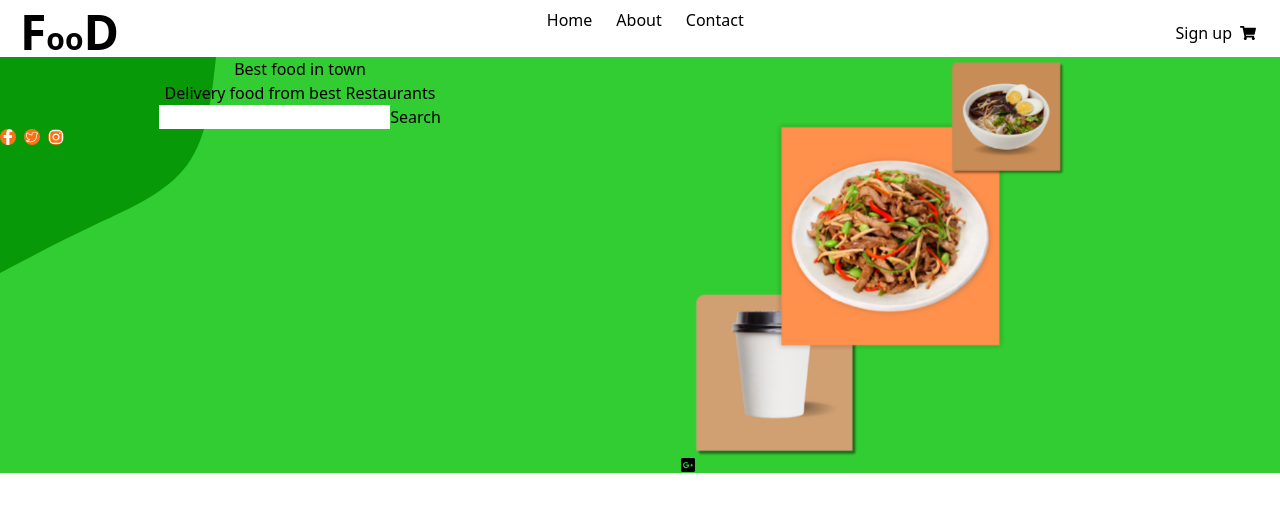
Repository: KhushiCode14/FoodWeb
Page: /
These files come from the project's save history. The page is drawn as it stood at one moment and after the next save; the edit follows.
The browser window is 1280 px wide. The pictures show the whole page.
The project was rebuilt for these pictures with package versions that can differ from the ones it lists, and the page was loaded fresh each time. Also part of the build but not shown: src/components/Home/SignUp.tsx, src/components/Home/SignIn.tsx.

Above is the page before, as saved 2024-09-19 19:53:05.

After the next save:
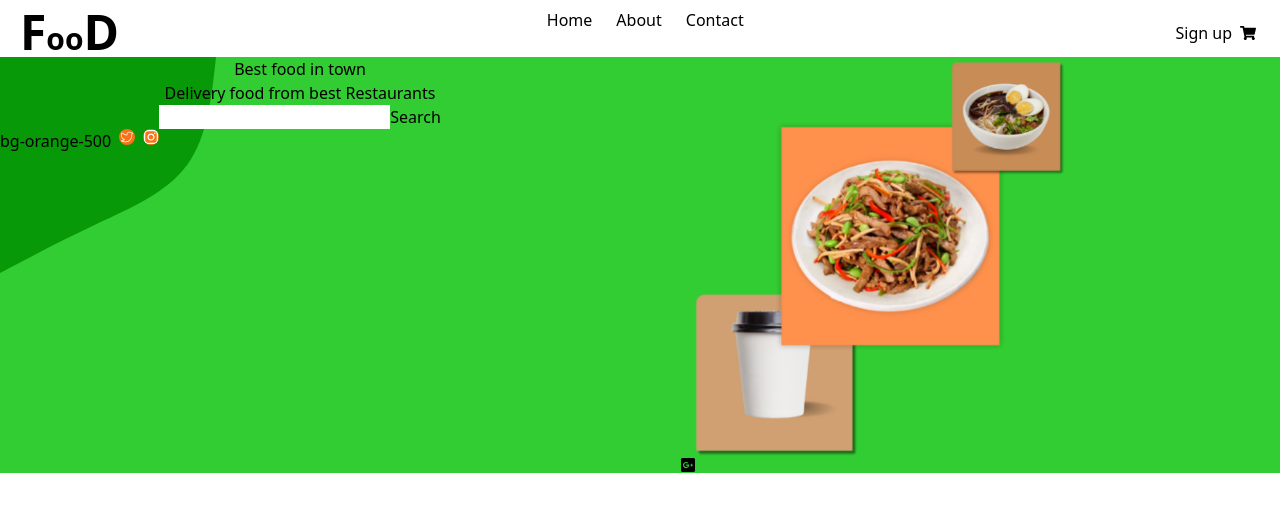
Saved 20 s later.
--- a/src/Pages/Home.tsx
+++ b/src/Pages/Home.tsx
@@ -2,6 +2,7 @@
 import {  FaFacebookF, FaGooglePlusSquare, FaInstagram,  } from "react-icons/fa"
 import { CiTwitter } from "react-icons/ci";
 import food from "../components/images/food.png"
+import { Link } from "react-router-dom";
 const Home: React.FC = () => {
   return (
 
@@ -14,7 +15,7 @@
           <input type="text"></input>
           <button>Search</button>
           <div  className="flex gap-2  ">
-            <FaFacebookF color="white" className="bg-orange-500  text-black rounded-full font-extrabold "/>
+           <Link to="/">bg-orange-500 </Link>
             < CiTwitter color="white" className="bg-orange-500 rounded-full"/>
             <FaInstagram  color="white" className="bg-orange-500 rounded-full"/>
           </div>

After the save that followed:
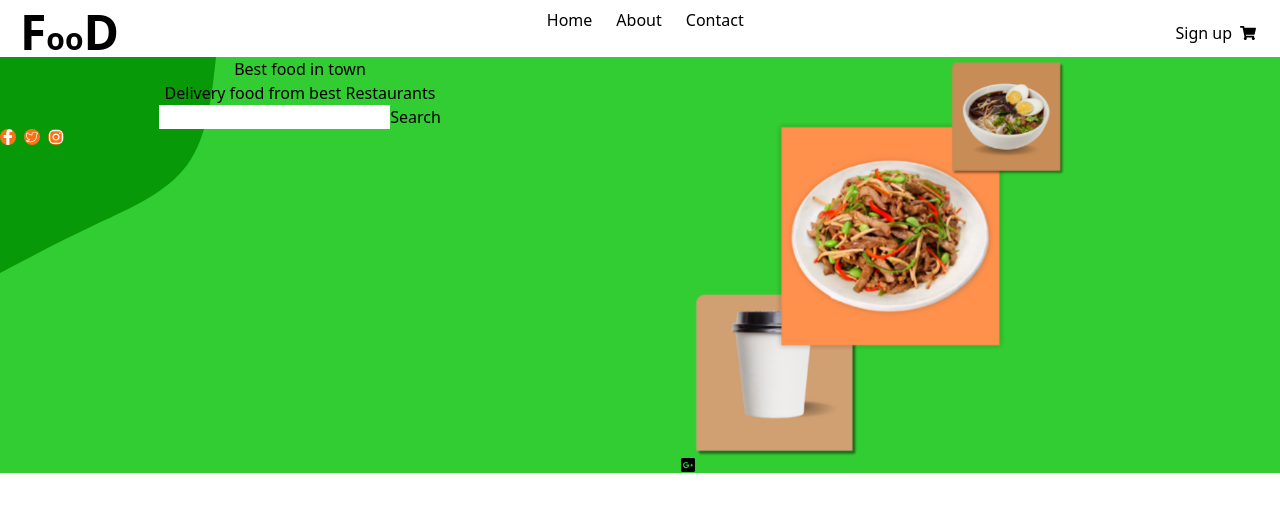
Saved 30 s later.
--- a/src/Pages/Home.tsx
+++ b/src/Pages/Home.tsx
@@ -15,7 +15,7 @@
           <input type="text"></input>
           <button>Search</button>
           <div  className="flex gap-2  ">
-           <Link to="/">bg-orange-500 </Link>
+           <Link to="/"><FaFacebookF color="white" className="bg-orange-500  text-black rounded-full font-extrabold "/> </Link>
             < CiTwitter color="white" className="bg-orange-500 rounded-full"/>
             <FaInstagram  color="white" className="bg-orange-500 rounded-full"/>
           </div>
